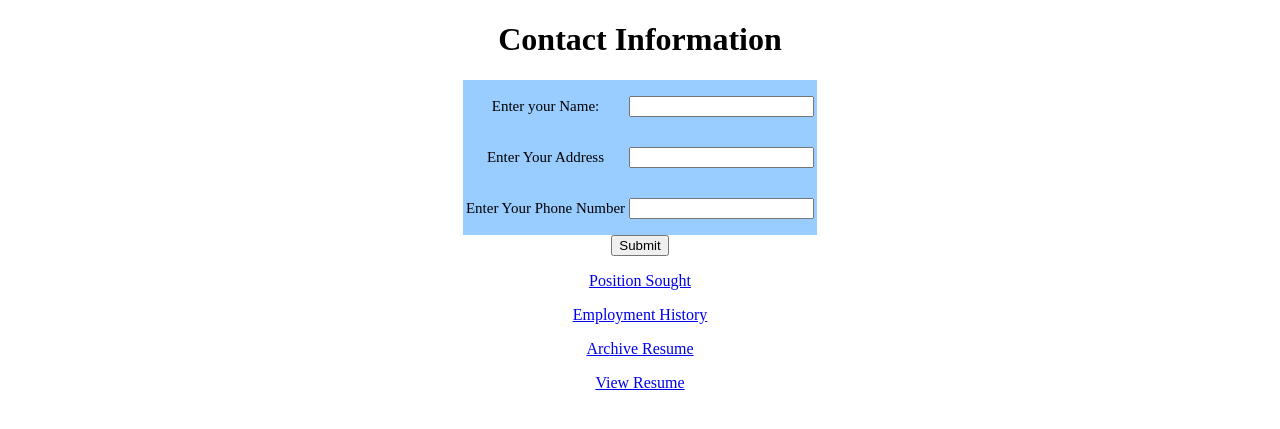
Repository: HyveMynd/cs4540
Page: http://localhost/contactInfo.php
The author's editor kept a copy of each file at every save. The page is drawn from the files as they stood at one save, then again after the next save.
The browser window is 1280 px wide. The pictures show the whole page.
Some web libraries are served in a nearby version. The page is run by PHP 8.4 with error messages shown; the project is at /var/www/html/.

Above is the page before, as saved 2013-02-18 07:49:31.

### ps5/contactInfo.php
<?php
require 'functions.php';
session_start();
?>
<!DOCTYPE html PUBLIC "-//W3C//DTD HTML 4.01 Transitional//EN" "http://www.w3.org/TR/html4/loose.dtd">
<html>
<head>
<meta http-equiv="Content-Type" content="text/html; charset=UTF-8">
<link rel="stylesheet" href="style.css" type="text/css" />
<script src="//ajax.googleapis.com/ajax/libs/jquery/1.8.2/jquery.min.js" type="text/javascript"></script>
<script type="text/javascript" src=resume.js ></script>
<title>Contact Info</title>
</head>
<body class='contact'>
	<form action="contactInfo.php" method="post">
	<h1>Contact Information</h1>
		<table>
			<tr>
				<td>
					<p>Enter your Name:</p>
				</td>
				<td>
					<input name=name type="text" value="<?php sticky('name')?>" required />
				</td>
			</tr>
			<tr>
				<td>
					<p>Enter Your Address</p>
				</td>
				<td>
					<input name=address type="text" value="<?php sticky('address')?>" required />
				</td>
			</tr>
			<tr>
				<td>
					<p>Enter Your Phone Number</p>
				</td>
				<td>
					<input name=phone type="tel" value="<?php sticky('phone')?>" required />
				</td>
			</tr>
		</table>
		<input type="button" value=Submit onclick="validate()" />
	</form>
	<p><a href="positionSought.php" >Position Sought</a></p>
	<p><a href="employmentHistory.php" >Employment History</a></p>
	<p><a href="archive.php" >Archive Resume</a></p>
	<p><a href="resume.php" >View Resume</a></p>
</body>
</html>

### ps5/functions.php
<?php

//output session variables if they are set
function sticky ($name){
	if (isset($_REQUEST[$name])){
		$_SESSION[$name] = $_REQUEST[$name];
		echo $_SESSION[$name];
	}
	elseif (isset($_SESSION[$name])){
		echo $_SESSION[$name];
	}
}

function getSessionVar ($name){
	if (isset($_SESSION[$name])){
		return $_SESSION[$name];
	}
	else{
		return '';
	}
}
?>

### ps5/style.css
@CHARSET "UTF-8";

body{
	background-color:#FFFFFF;
	font:arial, sans-serif;
	text-align:center;
	margin-left:auto;
	margin-right: auto;
}
div{
	background-color:#99CCFF;
	width:400px;
	margin-left:auto;
	margin-right: auto;
	height:80px
}
table{
	background-color:#99CCFF;
	font-size:15px;
	font-style:normal;
	margin-left:auto;
	margin-right:auto;
}

### ps5/resume.js
function addField(){
	$('h1').append("<section><table><tr><td>Enter the Start Date:</td><td><input name='startDate[]' type=date value='' required /></td><td><input class='remove' type='button' value='remove' /></td></tr><tr><td>Enter the End Date:</td><td><input name='endDate[]' type=date value='' required /></td></tr></table><table><tr><th>Enter a brief description of your responsibilities:</th></tr><tr><td><textarea name='desc[]' rows=10 cols=50 required></textarea></td></tr></table></section>");
	attachRemove();
};

function initializeFields(n){
	$('h1').append("<section><table><tr><td>Enter the Start Date:</td><td><input name='startDate[]' type=date value='"+startArray[n]+"' required /></td><td><input class='remove' type='button' value='remove' /></td></tr><tr><td>Enter the End Date:</td><td><input name='endDate[]' type=date value='"+endArray[n]+"' required /></td></tr></table><table><tr><th>Enter a brief description of your responsibilities:</th></tr><tr><td><textarea name='desc[]' rows=10 cols=50 required>"+descArray[n]+"</textarea></td></tr></table></section>");
};

function populateFields(count){
	for (var i = 0; i < count; i++)
		initializeFields(i);
}

function addReadonly(n){
	for (var i = 0; i < n; i++)
		$('#employ').append("<table><tr><td>Enter the Start Date:</td><td><input name='startDate[]' type=date value='"+startArray[i]+"' readonly /></td></tr><tr><td>Enter the End Date:</td><td><input name='endDate[]' type=date value='"+endArray[i]+"' readonly /></td></tr></table><table><tr><th>Enter a brief description of your responsibilities:</th></tr><tr><td><textarea name='desc[]' rows=10 cols=50 readonly>"+descArray[i]+"</textarea></td></tr></table>");
}

function highlightInput(input){
	$(input).css('border', '3px #FF0000 solid');
}

function attachRemove(){
	$('.remove').click(function (){
		removeSection($(this));
	});
}

function removeSection(button){
	$(button).closest($('section')).remove();
}

function validate(){
	var invalid = false;

	//loop through inputs
	$('input').each(function (){
		if ($(this).val() == ''){
			highlightInput($(this));
			invalid = true;
		}
	});

	//loop through textareas
	$('textarea').each(function (){
		if ($(this).val() == ''){
			highlightInput($(this));
			invalid = true;
		}
	});
	if(!invalid)
		$('form').submit();
}

After the next save:
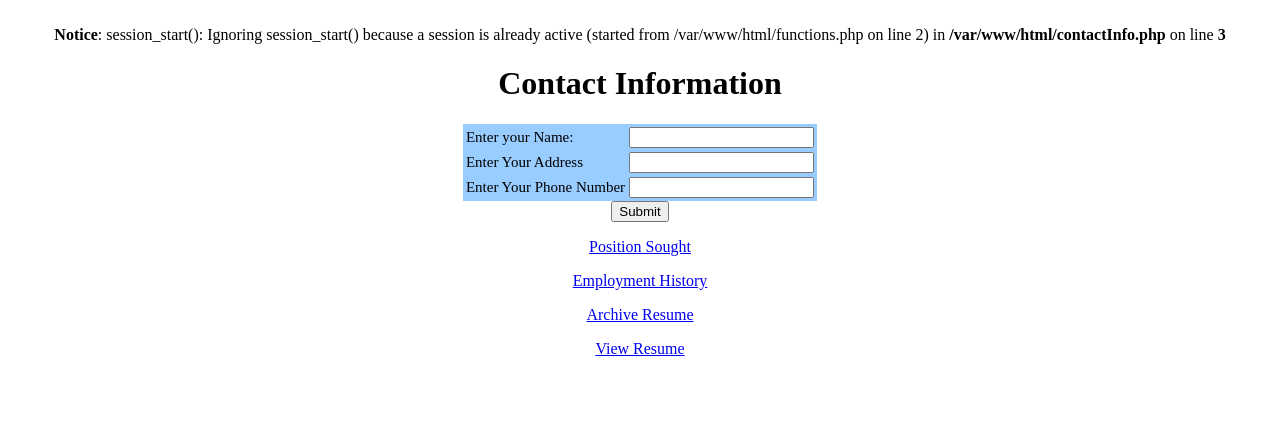
Saved 9 s later.
--- a/ps5/functions.php
+++ b/ps5/functions.php
@@ -1,4 +1,5 @@
 <?php
+session_start();
 
 //output session variables if they are set
 function sticky ($name){

After the save that followed:
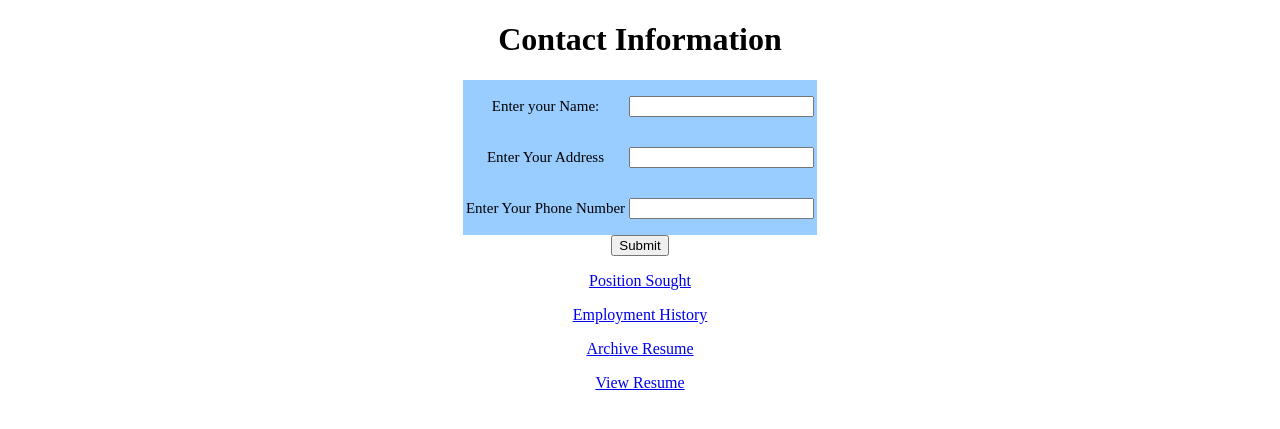
Saved 51 s later.
--- a/ps5/functions.php
+++ b/ps5/functions.php
@@ -1,6 +1,4 @@
 <?php
-session_start();
-
 //output session variables if they are set
 function sticky ($name){
 	if (isset($_REQUEST[$name])){
